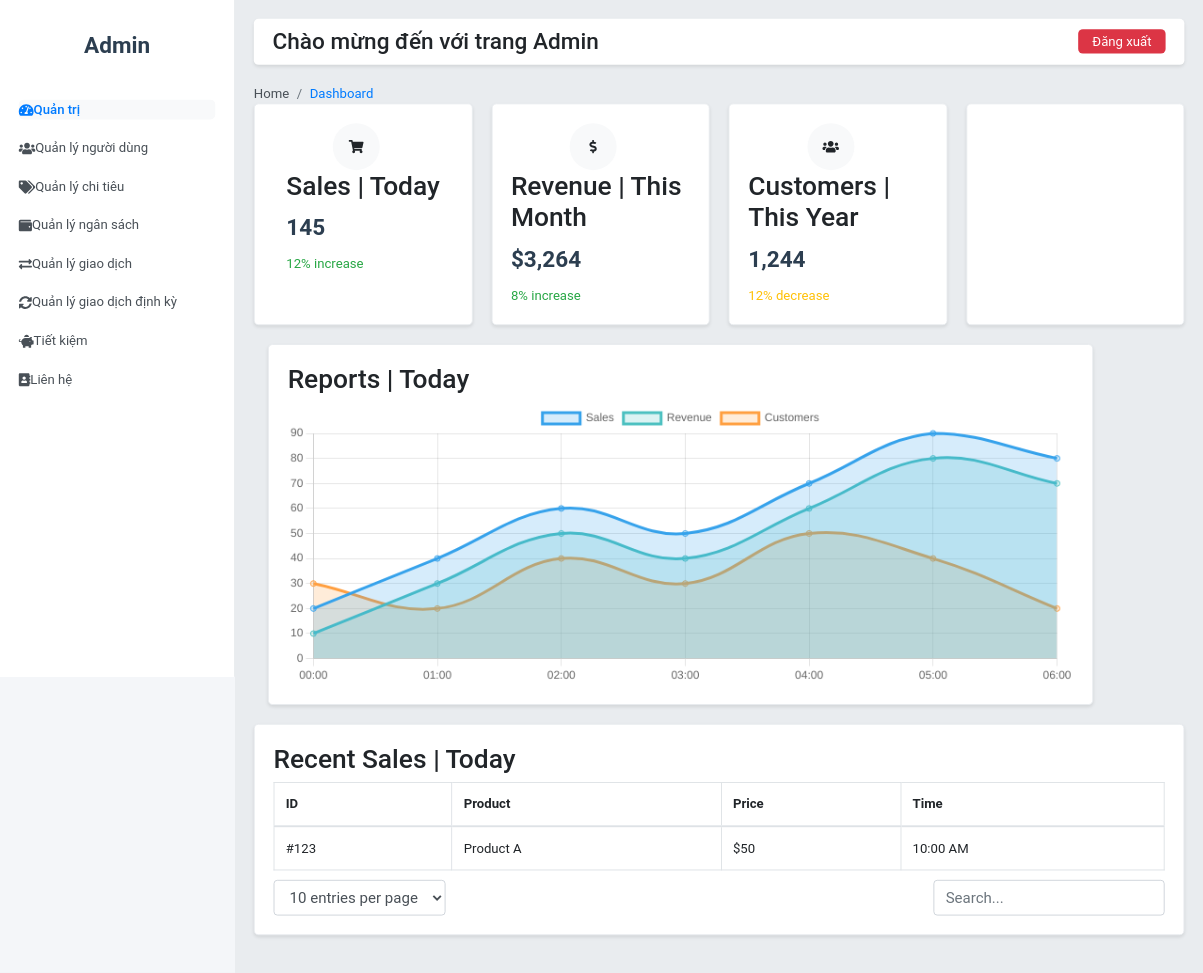
Repository: PhanVanHoa051204/Project3
Page: http://localhost/Project3/dashboard.jsp
These files come from the project's save history. The page is drawn as it stood at one moment and after the next save; the edit follows.
The browser window is 1280 px wide. The pictures show the whole page, at 94% of full size.
The page is served by Tomcat 9. Other server files are loaded and not shown.

Above is the page before, as saved 2025-03-14 18:46:24.
Console error: TypeError: Cannot read properties of null (reading 'getContext')

### PhanVanHoa_2210900023_K22CNT1/Project3/src/main/webapp/dashboard.jsp
<%@ page language="java" contentType="text/html; charset=UTF-8"
	pageEncoding="UTF-8"%>
<!DOCTYPE html>
<html lang="en">
<head>
<meta charset="UTF-8">
<meta name="viewport" content="width=device-width, initial-scale=1.0">
<title>Admin</title>
<link rel="stylesheet"
	href="https://cdn.jsdelivr.net/npm/bootstrap@4.5.3/dist/css/bootstrap.min.css">
<script src="https://cdn.jsdelivr.net/npm/chart.js"></script>
<script
	src="https://cdnjs.cloudflare.com/ajax/libs/font-awesome/5.15.4/js/all.min.js"></script>
<link rel="stylesheet" href="style.css">
<script src="https://cdn.jsdelivr.net/npm/chart.js"></script>
</head>
<body>
	<div class="container-fluid">
		<div class="row">
			<!-- Sidebar -->
			<div class="sidebar">
				<div class="logo">Admin</div>
				<ul>
					<li class="active"><a href="#"><i
							class="fas fa-tachometer-alt"></i> Quản trị</a></li>
					<li><a
						href="${pageContext.request.contextPath}/NguoiDung/users.jsp"><i
							class="fas fa-users"></i> Quản lý người dùng</a></li>
					<li><a
						href="${pageContext.request.contextPath}/ChiTieu/categories.jsp"><i
							class="fas fa-tags"></i> Quản lý chi tiêu</a></li>
					<li><a
						href="${pageContext.request.contextPath}/NganSach/budgets.jsp"><i
							class="fas fa-wallet"></i> Quản lý ngân sách</a></li>
					<li><a
						href="${pageContext.request.contextPath}/GiaoDich/transactions.jsp"><i
							class="fas fa-exchange-alt"></i> Quản lý giao dịch</a></li>
					<li><a
						href="${pageContext.request.contextPath}/GDDinhKy/recurringtransactions.jsp"><i
							class="fas fa-sync-alt"></i> Quản lý giao dịch định kỳ</a></li>
					<li><a
						href="${pageContext.request.contextPath}/TietKiem/goals.jsp"><i
							class="fas fa-piggy-bank"></i> Tiết kiệm</a></li>
					<li><a href="https://web.facebook.com/PhanHoa05122004"><i
							class="fas fa-address-book"></i> Liên hệ</a></li>
				</ul>
			</div>

			<!-- Main Content -->
			<div class="main-content">
				<header>
					<div class="">
						<h1>Chào mừng đến với trang Admin</h1>
					</div>
					<div class="submit-section">
						<a href="login.jsp" class="logout-btn">Đăng xuất</a>
					</div>
				</header>

				<!-- Dashboard Content -->
				<div class="dashboard-content">
					<nav aria-label="breadcrumb">
						<ol class="breadcrumb">
							<li class="breadcrumb-item"><a href="dashboard.jsp">Home</a></li>
							<li class="breadcrumb-item active" aria-current="page">Dashboard</li>
						</ol>
					</nav>

					<div class="cards">
						<div class="card stats-card">
							<div class="card-icon">
								<i class="fas fa-shopping-cart"></i>
							</div>
							<div class="card-content">
								<h3>Sales | Today</h3>
								<p class="stats-value">145</p>
								<span class="stats-change text-success">12% increase</span>
							</div>
						</div>
						<div class="card stats-card">
							<div class="card-icon">
								<i class="fas fa-dollar-sign"></i>
							</div>
							<div class="card-content">
								<h3>Revenue | This Month</h3>
								<p class="stats-value">$3,264</p>
								<span class="stats-change text-success">8% increase</span>
							</div>
						</div>
						<div class="card stats-card">
							<div class="card-icon">
								<i class="fas fa-users"></i>
							</div>
							<div class="card-content">
								<h3>Customers | This Year</h3>
								<p class="stats-value">1,244</p>
								<span class="stats-change text-warning">12% decrease</span>
							</div>
						</div>
						<div class="card stats-card">
							<div class="card-content">
								<!-- <h3>Recent Activity | Today</h3>
								<ul class="activity-list">
									<li><span class="dot green"></span>32 min - Quia quaerere
										rem explicabo officiis beatae</li>
									<li><span class="dot red"></span>56 min - Voluptatem
										blanditiis blanditiis eveniet</li>
									<li><span class="dot blue"></span>2 hrs - Voluptates
										corrupti molestias voluptatem</li>
									<li><span class="dot yellow"></span>1 day - Tempore autem
										saepe occaecati voluptatem tempore</li>
									<li><span class="dot grey"></span>4 weeks - Dicta dolorem
										harum nulla eius. Ut quidem quidem sit</li>
								</ul> -->
							</div>
						</div>
					</div>

					<div class="row">
						<div class="col-md-11">
							<div class="chart-section">
								<h3>Reports | Today</h3>
								<canvas id="reportsChart"></canvas>
							</div>
						</div>
						<!-- <div class="col-md-4">
							<div class="budget-report">
								<h3>Budget Report | This Month</h3>
								<canvas id="budgetChart"></canvas>
							</div>
						</div> -->
					</div>

					<div class="recent-sales">
						<h3>Recent Sales | Today</h3>
						<table class="table table-bordered">
							<thead>
								<tr>
									<th>ID</th>
									<th>Product</th>
									<th>Price</th>
									<th>Time</th>
								</tr>
							</thead>
							<tbody>
								<tr>
									<td>#123</td>
									<td>Product A</td>
									<td>$50</td>
									<td>10:00 AM</td>
								</tr>
							</tbody>
						</table>
						<div class="table-footer">
							<select class="form-control d-inline-block w-auto">
								<option>10 entries per page</option>
							</select> <input type="text"
								class="form-control d-inline-block w-auto ml-2"
								placeholder="Search...">
						</div>
					</div>
				</div>
			</div>
		</div>
	</div>

	<!-- Scripts -->
	<script>
		// Reports Chart
		const reportsCtx = document.getElementById('reportsChart').getContext(
				'2d');
		new Chart(reportsCtx, {
			type : 'line',
			data : {
				labels : [ '00:00', '01:00', '02:00', '03:00', '04:00',
						'05:00', '06:00' ],
				datasets : [ {
					label : 'Sales',
					data : [ 20, 40, 60, 50, 70, 90, 80 ],
					borderColor : 'rgba(54, 162, 235, 1)',
					backgroundColor : 'rgba(54, 162, 235, 0.2)',
					fill : true,
					tension : 0.4
				}, {
					label : 'Revenue',
					data : [ 10, 30, 50, 40, 60, 80, 70 ],
					borderColor : 'rgba(75, 192, 192, 1)',
					backgroundColor : 'rgba(75, 192, 192, 0.2)',
					fill : true,
					tension : 0.4
				}, {
					label : 'Customers',
					data : [ 30, 20, 40, 30, 50, 40, 20 ],
					borderColor : 'rgba(255, 159, 64, 1)',
					backgroundColor : 'rgba(255, 159, 64, 0.2)',
					fill : true,
					tension : 0.4
				} ]
			},
			options : {
				scales : {
					y : {
						beginAtZero : true
					}
				}
			}
		});

		// Budget Chart (Radar Chart)
		const budgetCtx = document.getElementById('budgetChart').getContext(
				'2d');
		new Chart(budgetCtx, {
			type : 'radar',
			data : {
				labels : [ 'Administration', 'Marketing', 'Development',
						'Sales', 'on Technology' ],
				datasets : [ {
					label : 'Allocated Budget',
					data : [ 65, 59, 80, 81, 56 ],
					backgroundColor : 'rgba(54, 162, 235, 0.2)',
					borderColor : 'rgba(54, 162, 235, 1)',
					borderWidth : 2
				}, {
					label : 'Actual Spending',
					data : [ 28, 48, 40, 19, 86 ],
					backgroundColor : 'rgba(75, 192, 192, 0.2)',
					borderColor : 'rgba(75, 192, 192, 1)',
					borderWidth : 2
				} ]
			},
			options : {
				scales : {
					r : {
						beginAtZero : true
					}
				}
			}
		});
	</script>
</html>

### PhanVanHoa_2210900023_K22CNT1/Project3/src/main/webapp/style.css
* {
    margin: 0;
    padding: 0;
    box-sizing: border-box;
    font-family: 'Roboto', sans-serif;
}

body {
    background-color: #f4f6f9;
    font-size: 14px;
    min-height: 100vh;
    overflow-x: hidden;
}

.container-fluid {
    padding: 0;
}

.row {
    margin: 0;
}

/* Sidebar */
.sidebar {
    width: 250px;
    background-color: #fff;
    padding: 20px 0;
    border-right: 1px solid #e9ecef;
    height: 100vh;
    position: fixed;
    top: 0;
    left: 0;
    overflow-y: auto;
    z-index: 1000;
}

.logo {
    font-size: 24px;
    font-weight: 700;
    color: #2c3e50;
    text-align: center;
    padding: 10px 0;
    margin-bottom: 20px;
}

.sidebar ul {
    list-style: none;
    padding: 0;
}

.sidebar ul li {
    padding: 10px 20px;
}

.sidebar ul li a {
    color: #495057;
    text-decoration: none;
    display: flex;
    align-items: center;
    transition: all 0.3s;
}

.sidebar ul li a i {
    margin-right: 10px;
}

.sidebar ul li.active a, .sidebar ul li a:hover {
    color: #007bff;
    background-color: #f8f9fa;
    border-radius: 5px;
}

.sidebar ul li.active a {
    font-weight: 500;
}

/* Main Content */
.main-content {
    margin-left: 250px;
    padding: 20px;
    flex: 1;
    min-height: 100vh;
    background-color: #e9ecef;
    overflow-y: auto;
    position: relative;
    z-index: 1;
}

header {
    display: flex;
    justify-content: space-between;
    align-items: center;
    margin-bottom: 20px;
    background: #fff;
    padding: 10px 20px;
    border-radius: 5px;
    box-shadow: 0 2px 4px rgba(0, 0, 0, 0.1);
    position: sticky;
    top: 0;
    z-index: 10;
}

header h1 {
    margin: 0;
    font-size: 24px;
}

.submit-section .logout-btn {
    padding: 5px 15px;
    background-color: #dc3545;
    color: #fff;
    text-decoration: none;
    border-radius: 5px;
}

.submit-section .logout-btn:hover {
    background-color: #c82333;
}

.dashboard-content {
    padding: 0;
}

.breadcrumb {
    background: transparent;
    padding: 0;
    margin: 0;
}

.breadcrumb-item a {
    color: #495057;
}

.breadcrumb-item.active {
    color: #007bff;
}

.cards {
    display: flex;
    justify-content: space-between;
    margin-bottom: 20px;
    gap: 20px;
    flex-wrap: wrap;
}

.card {
    background: #fff;
    border: 1px solid #e9ecef;
    border-radius: 5px;
    padding: 20px;
    box-shadow: 0 2px 4px rgba(0, 0, 0, 0.1);
    flex: 1;
    min-width: 200px;
    display: flex;
    align-items: center;
    transition: transform 0.3s;
}

.card:hover {
    transform: translateY(-5px);
}

.card-icon {
    width: 50px;
    height: 50px;
    background: #f8f9fa;
    border-radius: 50%;
    display: flex;
    align-items: center;
    justify-content: center;
    margin-right: 15px;
}

.card-icon i {
    font-size: 24px;
    color: #6c757d;
}

.card-content {
    flex: 1;
    text-align: left;
}

.stats-value {
    font-size: 24px;
    font-weight: 700;
    color: #2c3e50;
    margin: 10px 0;
}

.stats-change {
    font-size: 14px;
    display: block;
}

.text-success {
    color: #28a745;
}

.text-warning {
    color: #ffc107;
}

.chart-section {
    background: #fff;
    border: 1px solid #e9ecef;
    border-radius: 5px;
    padding: 20px;
    margin-bottom: 20px;
    box-shadow: 0 2px 4px rgba(0, 0, 0, 0.1);
}

.chart-section canvas {
    max-height: 300px;
    width: 100% !important; /* Đảm bảo canvas chiếm toàn bộ chiều rộng */
    height: auto !important; /* Tự động điều chỉnh chiều cao */
}

.recent-sales {
    background: #fff;
    border: 1px solid #e9ecef;
    border-radius: 5px;
    padding: 20px;
    margin-bottom: 20px;
    box-shadow: 0 2px 4px rgba(0, 0, 0, 0.1);
}

.table {
    margin-bottom: 0;
}

.table-footer {
    margin-top: 10px;
    display: flex;
    justify-content: space-between;
}

After the next save:
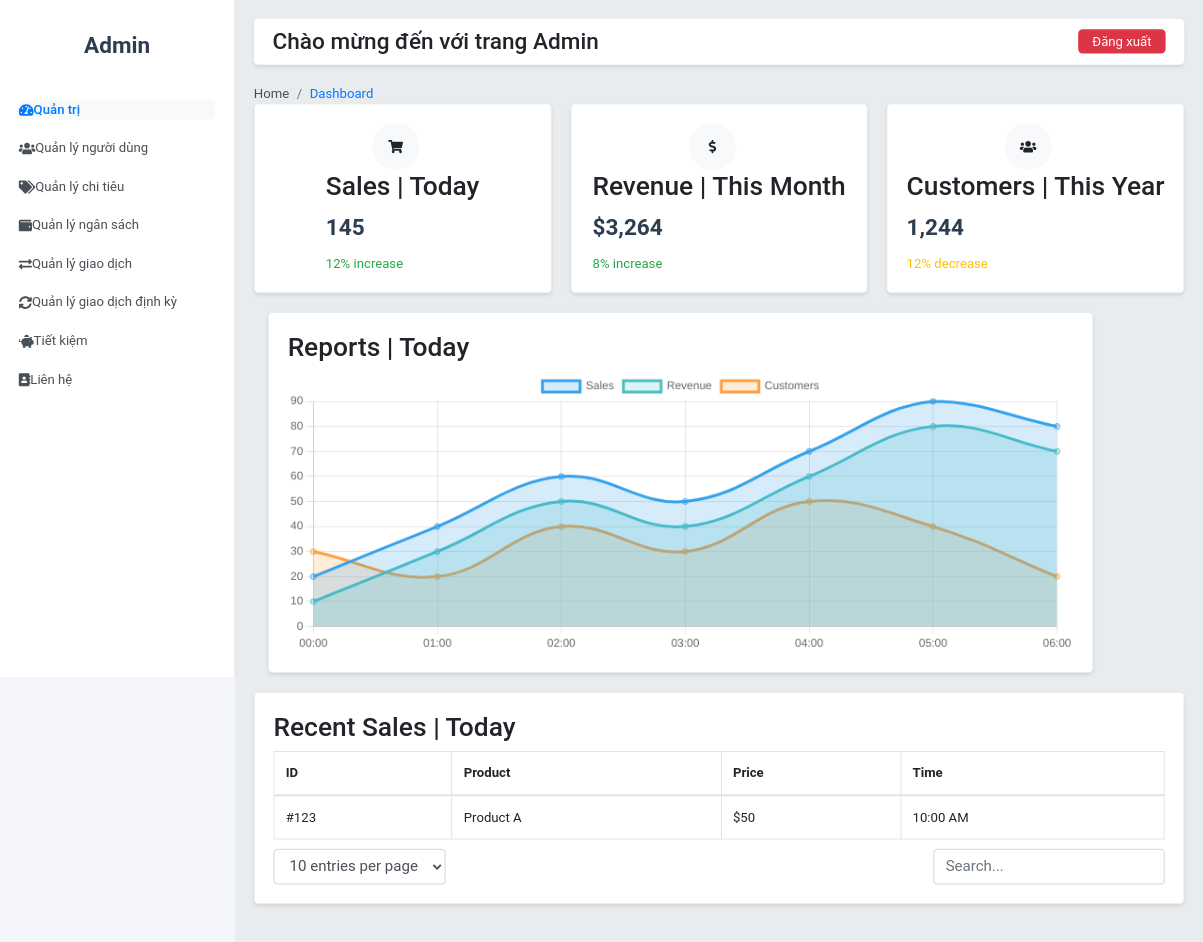
Saved 22 s later.
--- a/PhanVanHoa_2210900023_K22CNT1/Project3/src/main/webapp/dashboard.jsp
+++ b/PhanVanHoa_2210900023_K22CNT1/Project3/src/main/webapp/dashboard.jsp
@@ -97,23 +97,7 @@
 								<span class="stats-change text-warning">12% decrease</span>
 							</div>
 						</div>
-						<div class="card stats-card">
-							<div class="card-content">
-								<!-- <h3>Recent Activity | Today</h3>
-								<ul class="activity-list">
-									<li><span class="dot green"></span>32 min - Quia quaerere
-										rem explicabo officiis beatae</li>
-									<li><span class="dot red"></span>56 min - Voluptatem
-										blanditiis blanditiis eveniet</li>
-									<li><span class="dot blue"></span>2 hrs - Voluptates
-										corrupti molestias voluptatem</li>
-									<li><span class="dot yellow"></span>1 day - Tempore autem
-										saepe occaecati voluptatem tempore</li>
-									<li><span class="dot grey"></span>4 weeks - Dicta dolorem
-										harum nulla eius. Ut quidem quidem sit</li>
-								</ul> -->
-							</div>
-						</div>
+
 					</div>
 
 					<div class="row">
